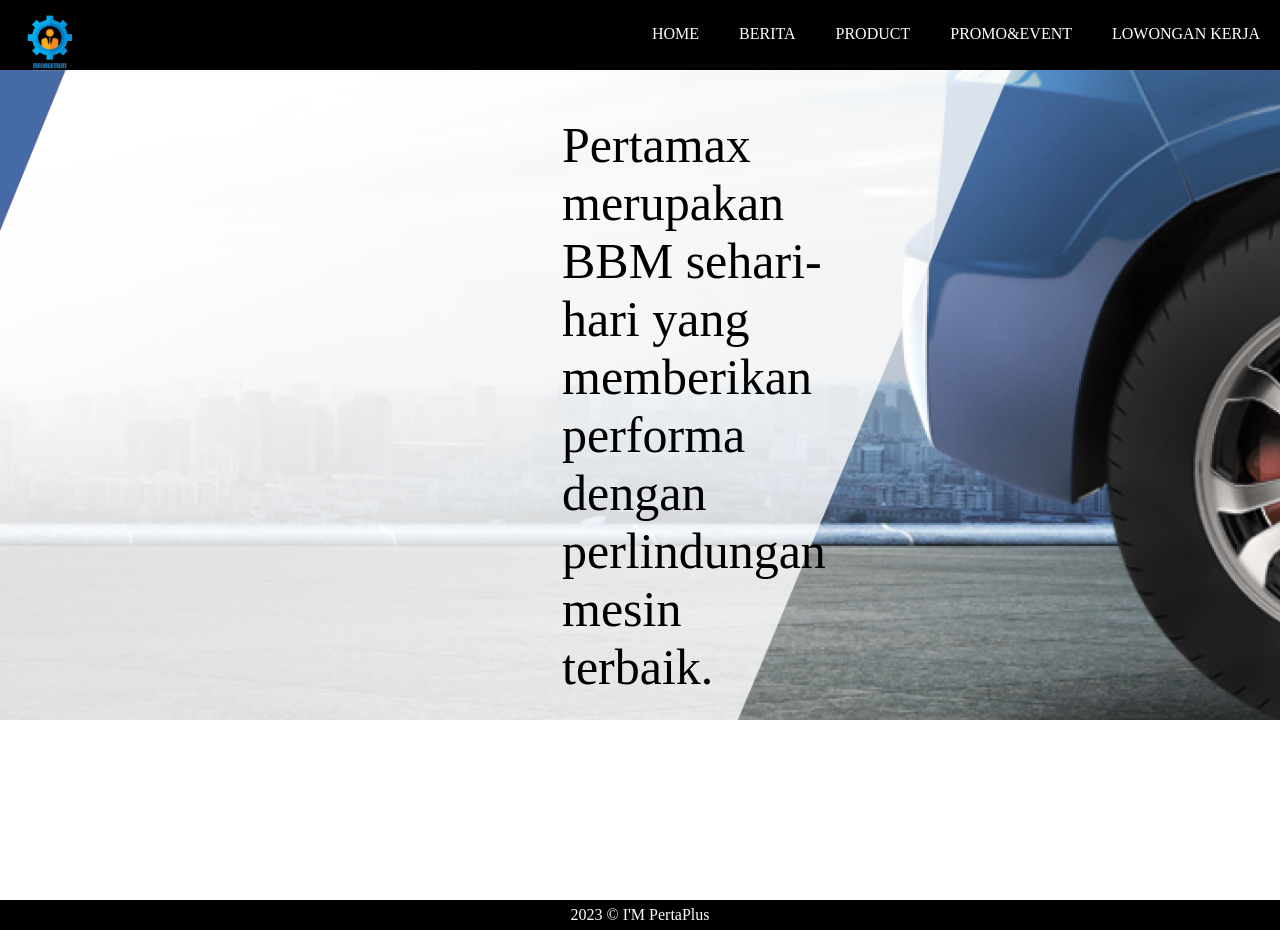
Repository: rizalardi34/project-mypertaplus
Page: pertamax.html
These files come from the project's save history. The page is drawn as it stood at one moment and after the next save; the edit follows.
The browser window is 1280 px wide. The pictures show the whole page.

Above is the page before, as saved 2023-04-25 13:07:54.

After the next save:
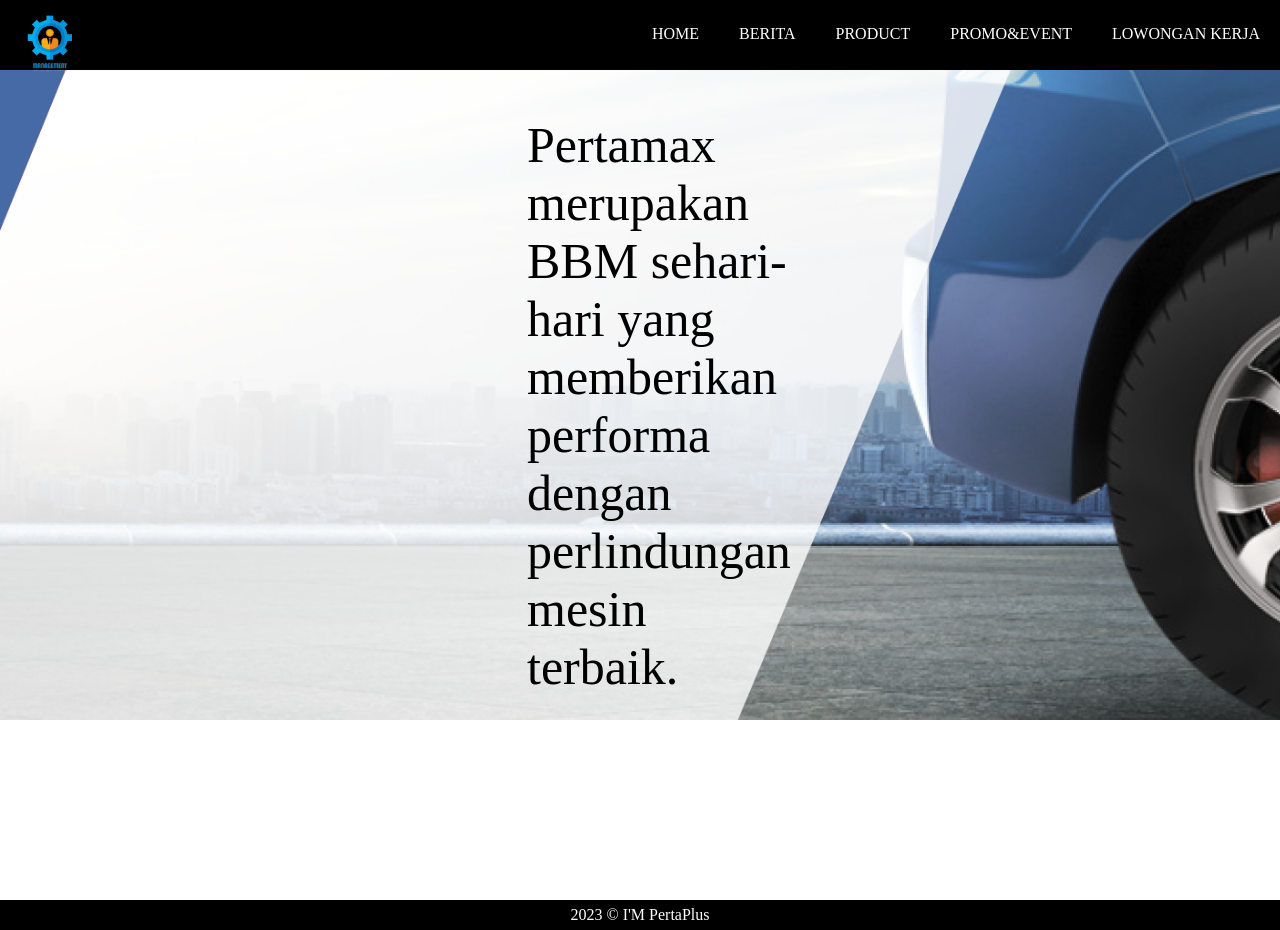
Saved 10 s later.
--- a/pertamax.html
+++ b/pertamax.html
@@ -19,7 +19,7 @@
                 </nav>
             </div>
             <div style="background-image: url(Main.png); background-repeat: no-repeat; background-size: cover; height: 100%;width: 100%; display: flex; justify-content: center; align-items: center;">
-                <div style="height: 100%; width: 20%; display: flex; justify-content: start; align-items: center; padding-left: 100px;">
+                <div style="height: 100%; width: 20%; display: flex; justify-content: start; align-items: center; padding-left: 30px;">
                     <div>
                         <h1 style=" color: black; font-size: 50px; ">Pertamax</h1>
                         <p style=" color: black; font-size: 50px; ">Pertamax merupakan BBM sehari-hari yang memberikan performa dengan perlindungan mesin terbaik.</p>
